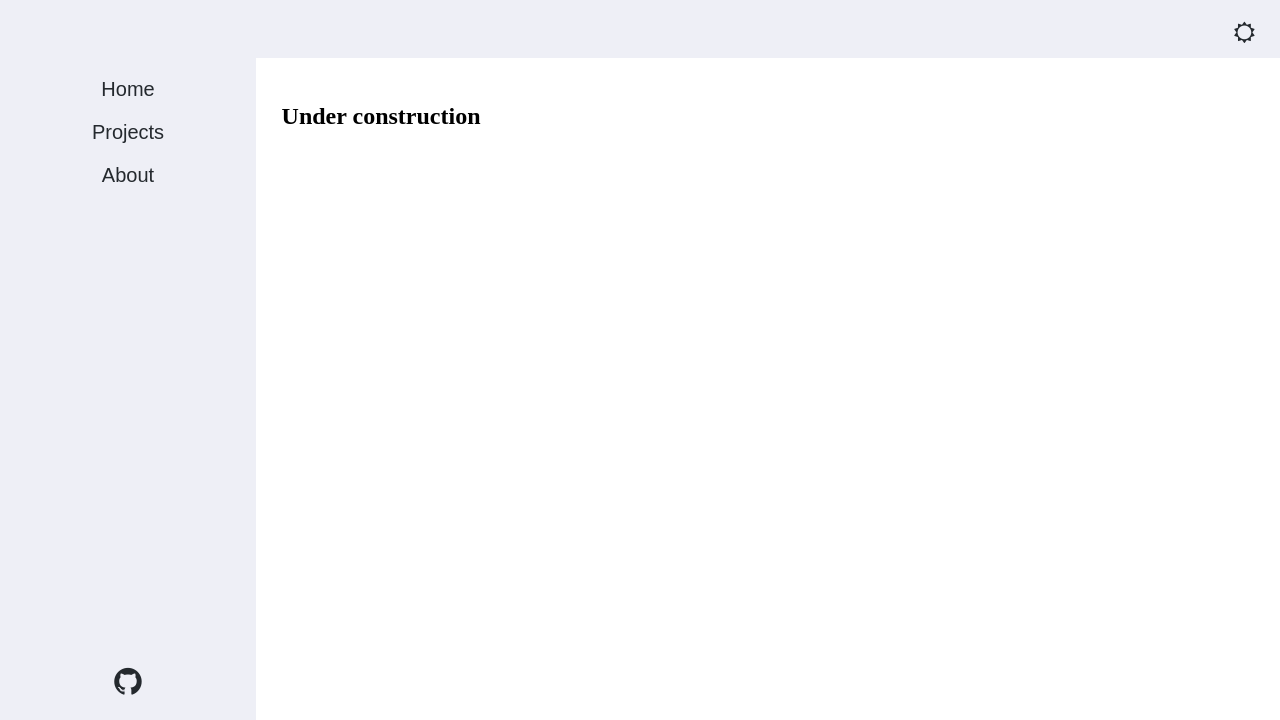
Repository: josephinel6/josephinel6.github.io
Page: index.html
The author's editor kept a copy of each file at every save. The page is drawn from the files as they stood at one save, then again after the next save.
The browser window is 1280 px wide. The pictures show the whole page.

Above is the page before, as saved 2023-04-06 12:42:07.

After the next save:
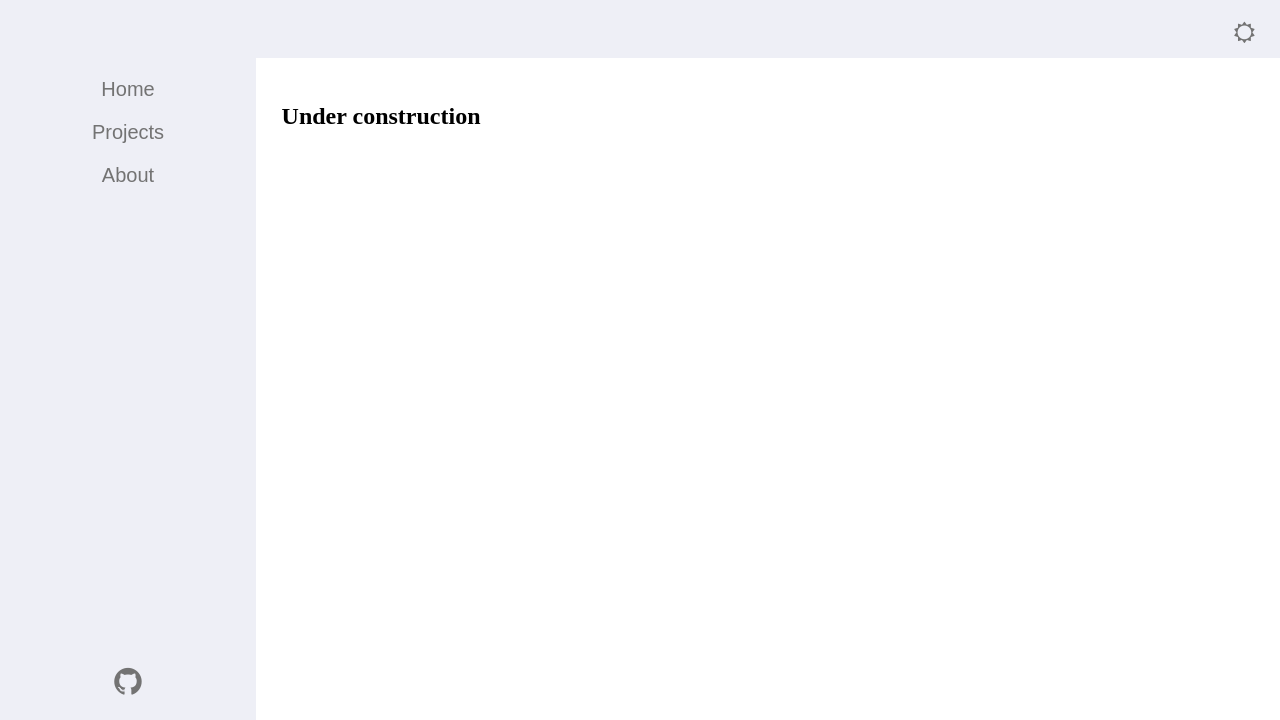
Saved 31 s later.
--- a/index.html
+++ b/index.html
@@ -14,11 +14,11 @@
     <style>
         :root.light {
             --color-bg: #eeeff6;
-            --color-menu-text: #24292e;
+            --color-menu-text: #737373;
             --color-page-bg: white;
             --color-obj-bg: #f1f2f3;
-            --color-title-text: #24292e;
-            --color-gen-text: #24292e;
+            --color-title-text: #737373;
+            --color-gen-text: #737373;
             --color-menu-hover: darkgrey;
             --color-title-hover: darkgrey;
         }
